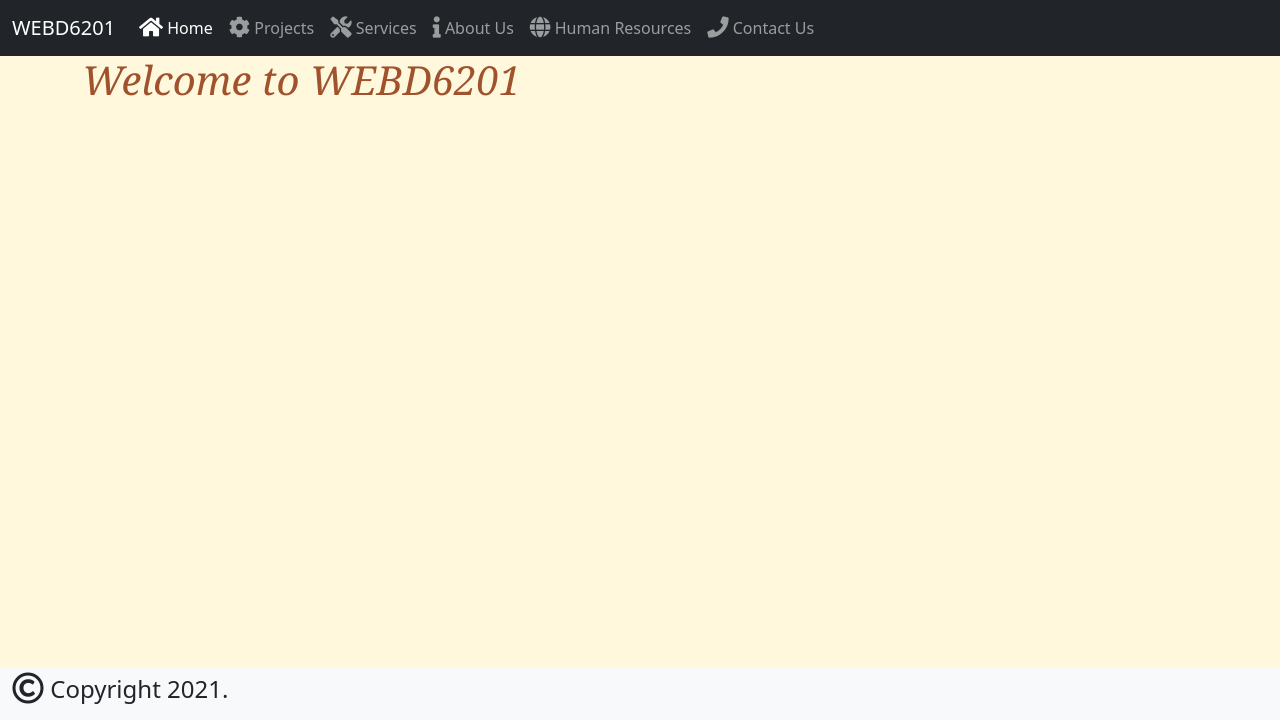
Repository: YiuWingLau/WEBD6201-W2021-Lab1
Page: index.html
These files come from the project's save history. The page is drawn as it stood at one moment and after the next save; the edit follows.
The browser window is 1280 px wide. The pictures show the whole page.

Above is the page before, as saved 2021-02-04 16:01:53.
Console error: ReferenceError: Cannot access 'newParagraph' before initialization

After the next save:
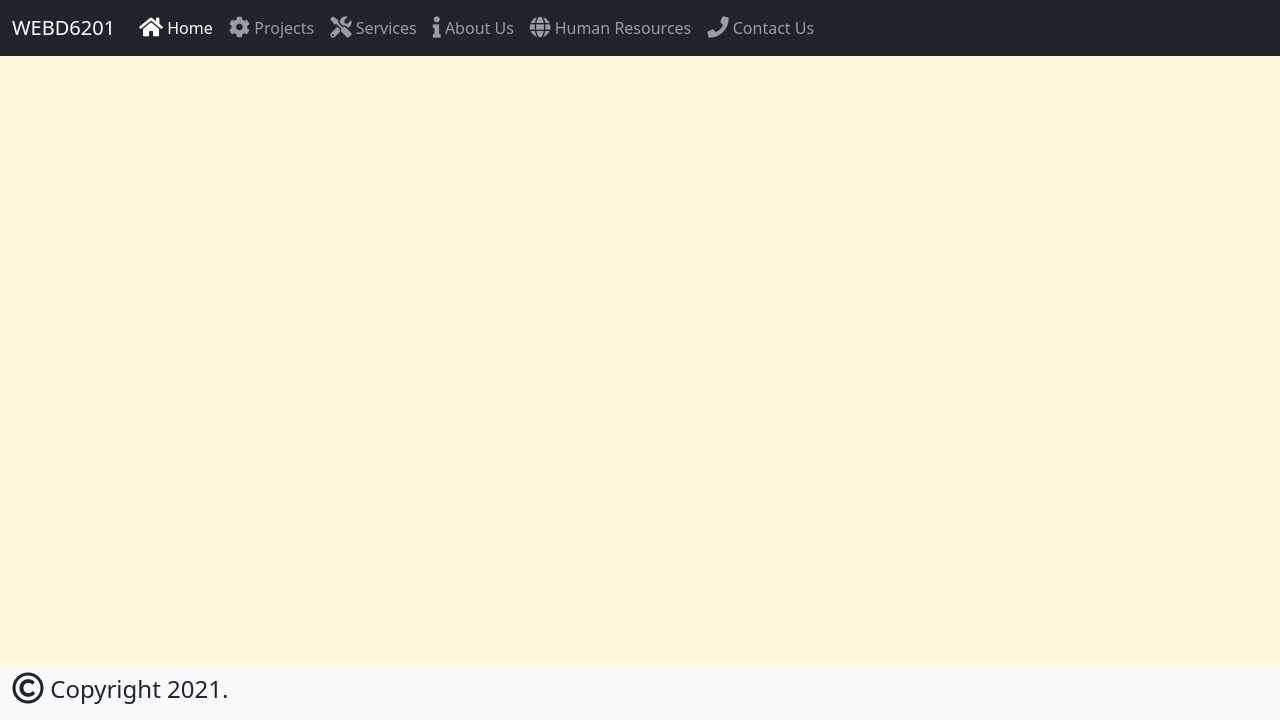
Saved 3 s later.
--- a/index.html
+++ b/index.html
@@ -51,7 +51,6 @@
     </header>
     <!-- Main Content -->
     <main class="container">
-        <h1>Welcome to WEBD6201</h1>
     </main>
     <!-- Main Footer -->
     <footer>
--- a/Content/app.css
+++ b/Content/app.css
@@ -1,5 +1,5 @@
 h1 {
-
+    padding: 15px;
     color: sienna;
     font-family: Cambria, Cochin, Georgia, Times, 'Times New Roman', serif;
     font-style: italic;
